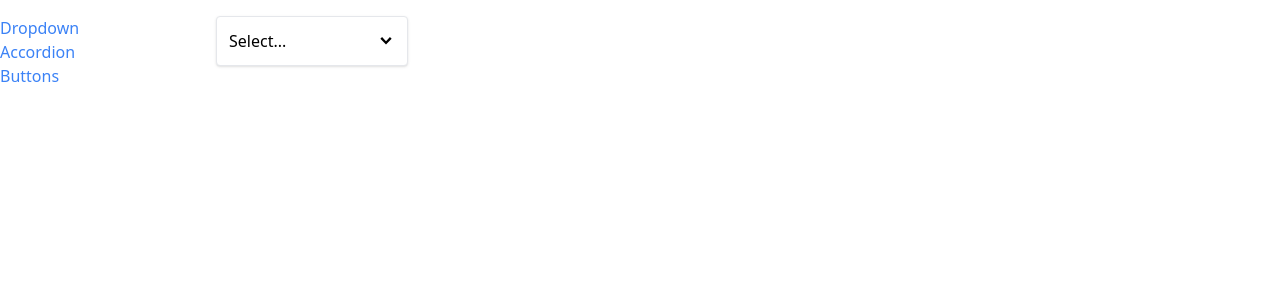
Repository: stavan30/components
Page: /
The author's editor kept a copy of each file at every save. The page is drawn from the files as they stood at one save, then again after the next save.
The browser window is 1280 px wide. The pictures show the whole page.
The project was rebuilt for these pictures with package versions that can differ from the ones it lists, and the page was loaded fresh each time. Also part of the build but not shown: src/components/Accordion.js, src/pages/AccordionPage.js, src/components/Button.js, src/pages/ButtonPage.js.

Above is the page before, as saved 2024-03-19 01:21:26.

After the next save:
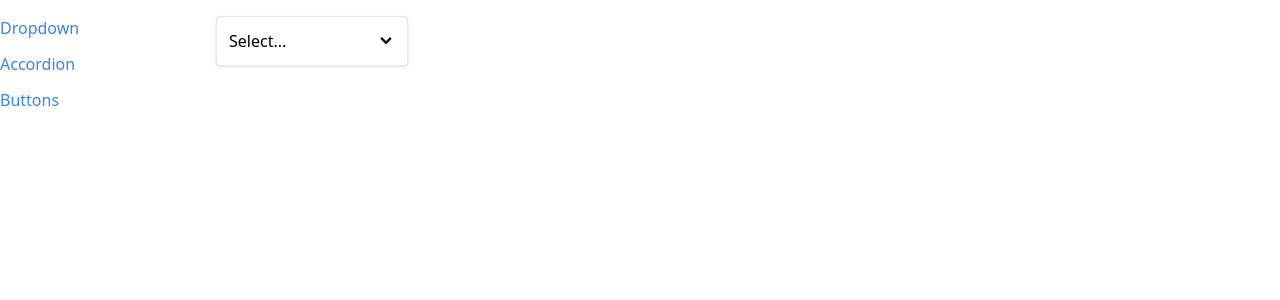
Saved 55 s later.
--- a/src/components/Link.js
+++ b/src/components/Link.js
@@ -6,7 +6,7 @@ const Link = ({to, children }) => {
 
     const { navigate } = useNavigation();
 
-    const classes = classNames('text-blue-500')
+    const classes = classNames('text-blue-500','mb-3')
 
     const handleClick = (event)=>{
         if(event.metaKey || event.ctrlKey){
